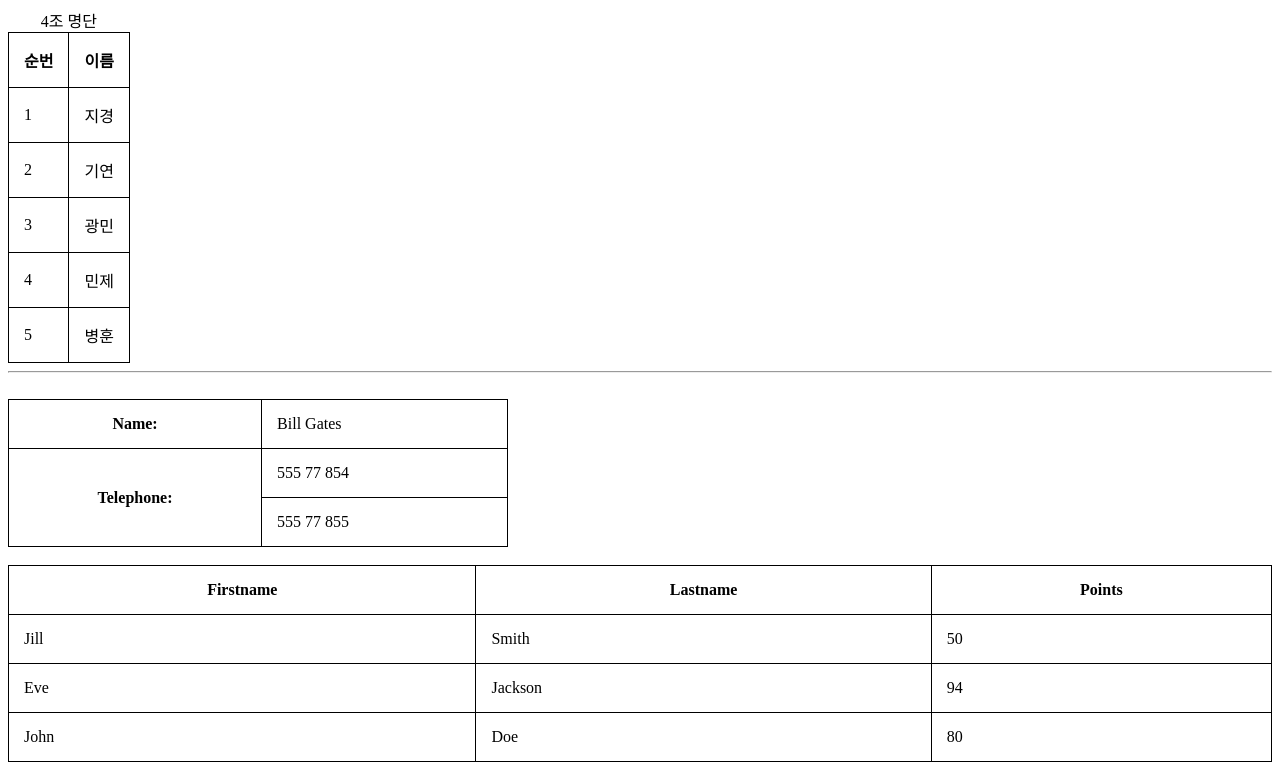
Repository: BaekJiGyeong/JSP
Page: http://localhost/AA_HelloJSP/exercise.jsp
These files come from the project's save history. The page is drawn as it stood at one moment and after the next save; the edit follows.
The browser window is 1280 px wide. The pictures show the whole page.
The page is served by Tomcat 9.

Above is the page before, as saved 2016-02-02 10:42:48.

### AA_HelloJSP/WebContent/exercise.jsp
<%@ page language="java" contentType="text/html; charset=UTF-8"
	pageEncoding="UTF-8"%>

<%
	String[] names = new String[] { "지경", "기연", "광민", "민제", "병훈" };
%>

<!DOCTYPE html >
<html>
<head>
<style>
table, th, td {
	border: 1px solid black;
	border-collapse: collapse;
}

th, td {
	padding: 15px;
}
</style>
<meta http-equiv="Content-Type" content="text/html; charset=UTF-8">
<title>지경이 JSP연습</title>

</head>
<body>

	<table>
		<caption>4조 명단</caption>
		<tr>
			<th>순번</th>
			<th>이름</th>
		</tr>
		<%
			for (int i = 0; i < 5; i++) {
		%>
		<tr>
			<td><%=i + 1%></td>
			<td><%=names[i]%></td>
		</tr>
		<%
			}
		%>

	</table>

	<hr />
	<br />
	<table style="width: 500px">
		<tr>
			<th>Name:</th>
			<td>Bill Gates</td>
		</tr>
		<tr>
			<th rowspan="2">Telephone:</th>
			<td>555 77 854</td>
		</tr>
		<tr>
			<td>555 77 855</td>
		</tr>
	</table>
	<br />
	<table style="width: 100%">
		<tr>
			<th>Firstname</th>
			<th>Lastname</th>
			<th>Points</th>
		</tr>
		<tr>
			<td>Jill</td>
			<td>Smith</td>
			<td>50</td>
		</tr>
		<tr>
			<td>Eve</td>
			<td>Jackson</td>
			<td>94</td>
		</tr>
		<tr>
			<td>John</td>
			<td>Doe</td>
			<td>80</td>
		</tr>
	</table>




</body>
</html>

After the next save:
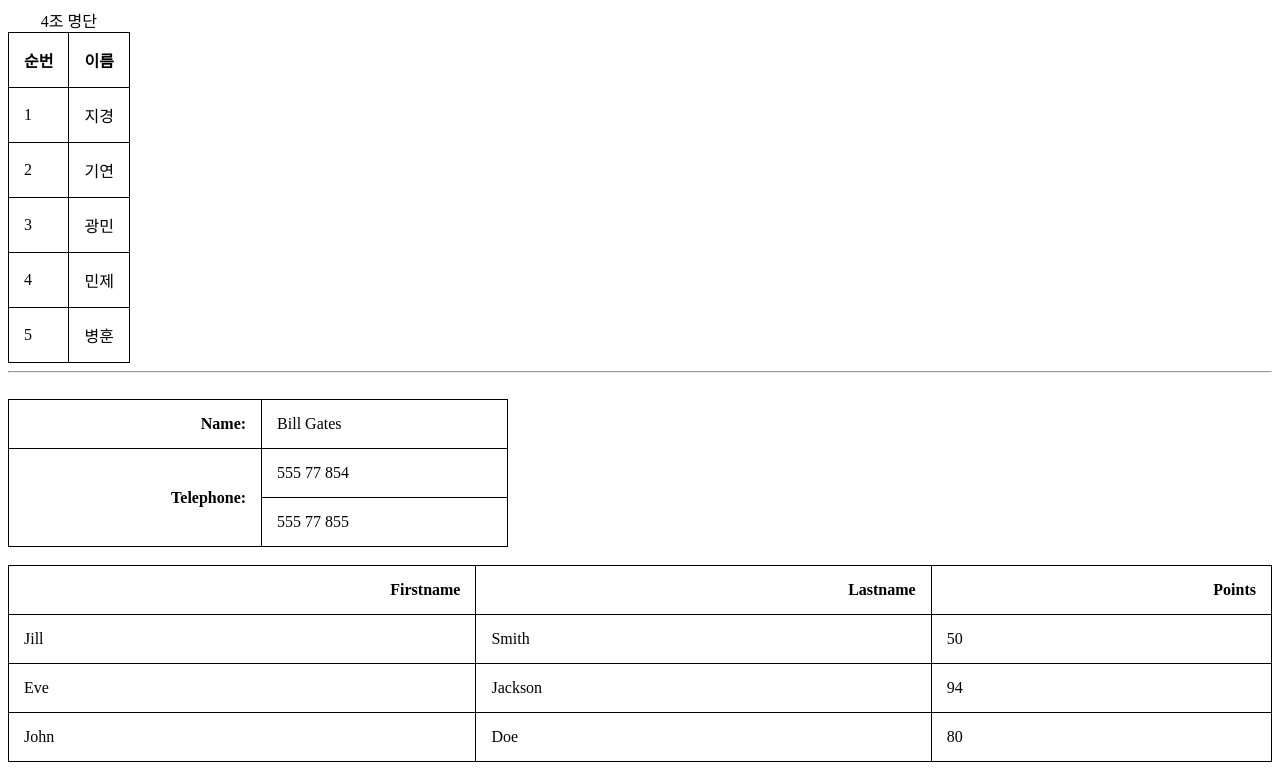
Saved 70 s later.
--- a/AA_HelloJSP/WebContent/exercise.jsp
+++ b/AA_HelloJSP/WebContent/exercise.jsp
@@ -16,6 +16,9 @@ table, th, td {
 
 th, td {
 	padding: 15px;
+}
+th {
+    text-align: right;
 }
 </style>
 <meta http-equiv="Content-Type" content="text/html; charset=UTF-8">
